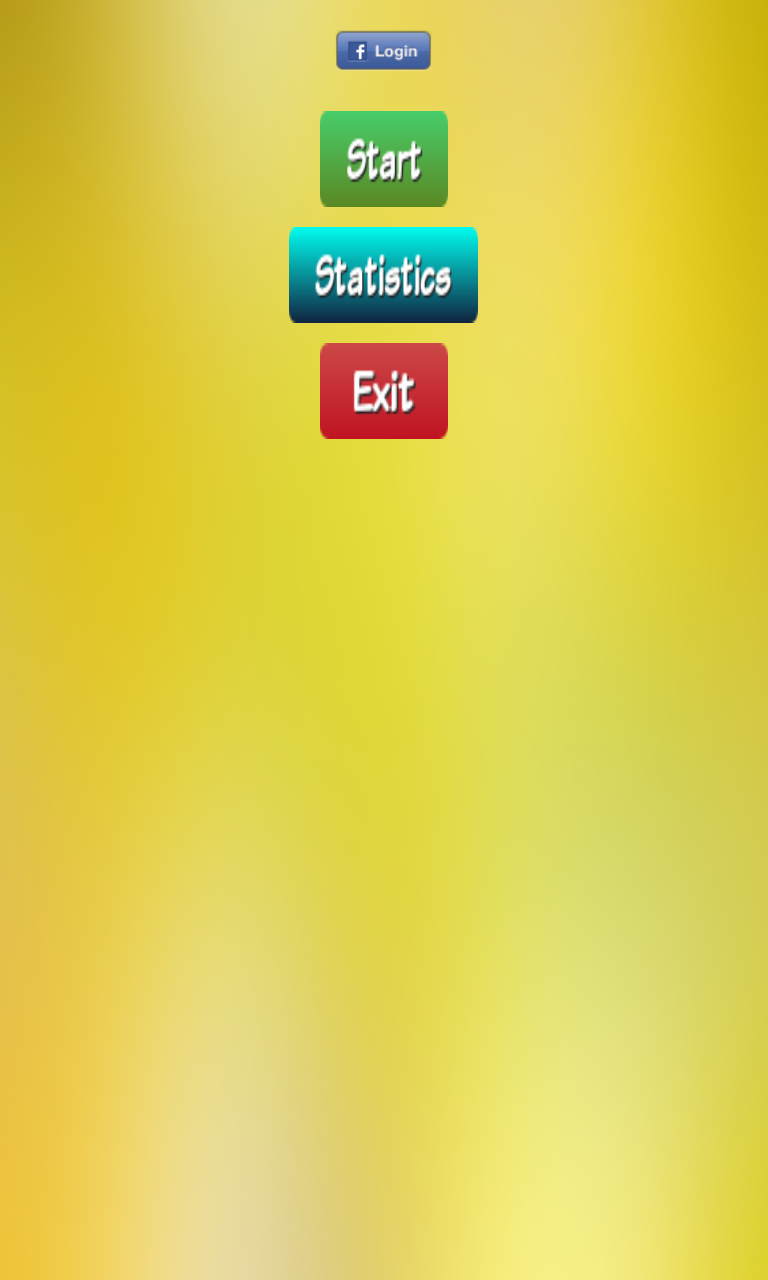
Repository: kingstonbg/workspaceAndroid
Layout: TaxiRoute/res/layout/activity_main_menu.xml
The author's editor kept a copy of each file at every save. The layout is drawn from the files as they stood at one save, then again after the next save.
It is drawn on a 768 x 1280 px phone screen (xhdpi) without system bars, with theme AppTheme; the app's code is not run.

Above is the layout before, as saved 2013-02-18 14:09:50.

### TaxiRoute/res/layout/activity_main_menu.xml
<?xml version="1.0" encoding="utf-8"?>
<LinearLayout xmlns:android="http://schemas.android.com/apk/res/android"
    android:layout_width="match_parent"
    android:layout_height="match_parent"
    android:background="@drawable/bgtest"
    android:gravity="center_horizontal"
    android:orientation="vertical" >

    <ImageView
        android:id="@+id/buttonFb"
        android:layout_width="wrap_content"
        android:layout_height="wrap_content"
        android:layout_margin="15dp"
        android:src="@drawable/login_button" />

    <Button
        android:id="@+id/buttonStart"
        android:layout_width="wrap_content"
        android:layout_height="wrap_content"
        android:layout_margin="5dp"
        android:background="@drawable/buttonstart" />


    <Button
        android:id="@+id/buttonStatistics"
        android:layout_width="wrap_content"
        android:layout_height="wrap_content"
        android:layout_margin="5dp"
        android:background="@drawable/buttonstatistics" />


    <Button
        android:id="@+id/buttonExit"
        android:layout_width="wrap_content"
        android:layout_height="wrap_content"
        android:layout_marginTop="5dp"
        android:background="@drawable/buttonexit" />

</LinearLayout>

### TaxiRoute/res/drawable-hdpi/login_button.xml
<?xml version="1.0" encoding="utf-8"?>
<!--
    Copyright 2012 Facebook

    Licensed under the Apache License, Version 2.0 (the "License");
    you may not use this file except in compliance with the License.
    You may obtain a copy of the License at

       http://www.apache.org/licenses/LICENSE-2.0

    Unless required by applicable law or agreed to in writing, software
    distributed under the License is distributed on an "AS IS" BASIS,
    WITHOUT WARRANTIES OR CONDITIONS OF ANY KIND, either express or implied.
    See the License for the specific language governing permissions and
    limitations under the License.
-->

<selector xmlns:android="http://schemas.android.com/apk/res/android">
	<item android:state_pressed="true" android:drawable="@drawable/login_down" />
	<item android:drawable="@drawable/login" /> <!-- default -->
</selector>

Loaded but not shown: TaxiRoute/res/values/styles.xml (common file); TaxiRoute/res/values-v11/styles.xml (common file); TaxiRoute/res/values-v14/styles.xml (common file)

After the next save:
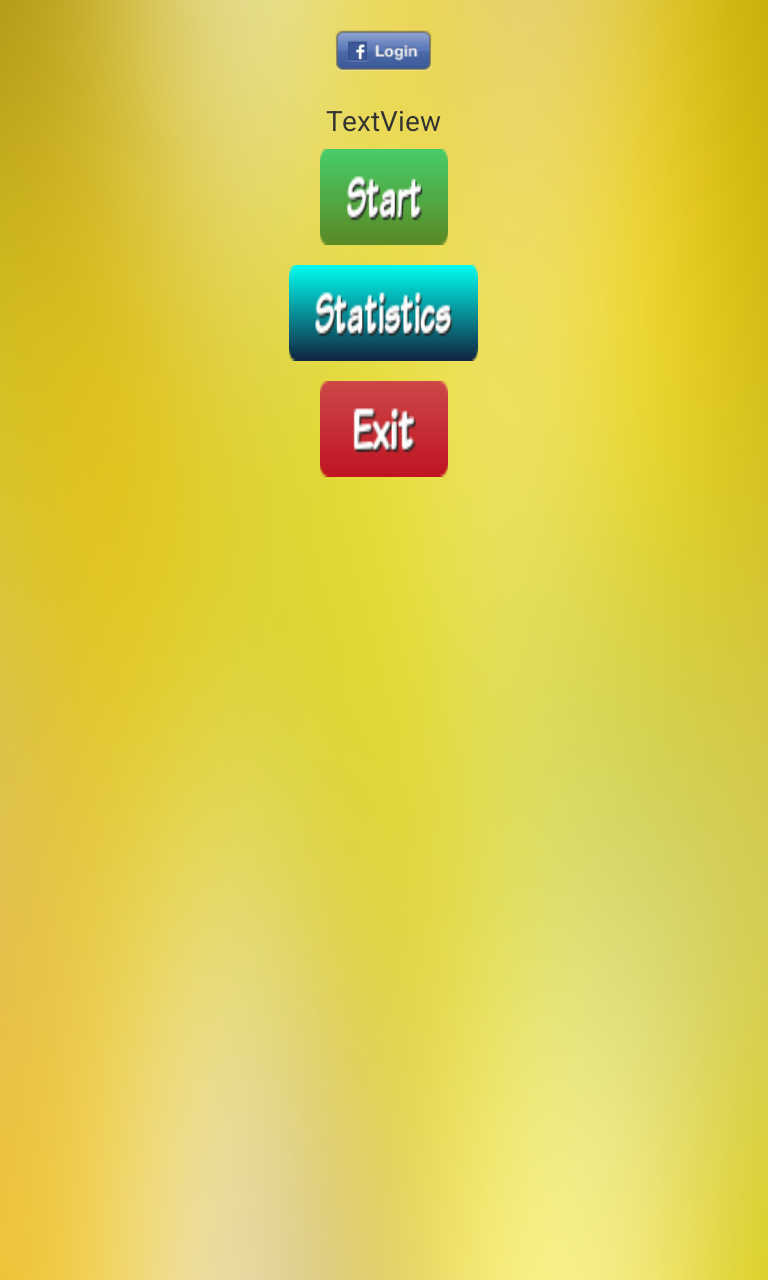
Saved 62 s later.
--- a/TaxiRoute/res/layout/activity_main_menu.xml
+++ b/TaxiRoute/res/layout/activity_main_menu.xml
@@ -12,6 +12,12 @@
         android:layout_height="wrap_content"
         android:layout_margin="15dp"
         android:src="@drawable/login_button" />
+
+    <TextView
+        android:id="@+id/login_status"
+        android:layout_width="wrap_content"
+        android:layout_height="wrap_content"
+        android:text="TextView" />
 
     <Button
         android:id="@+id/buttonStart"
